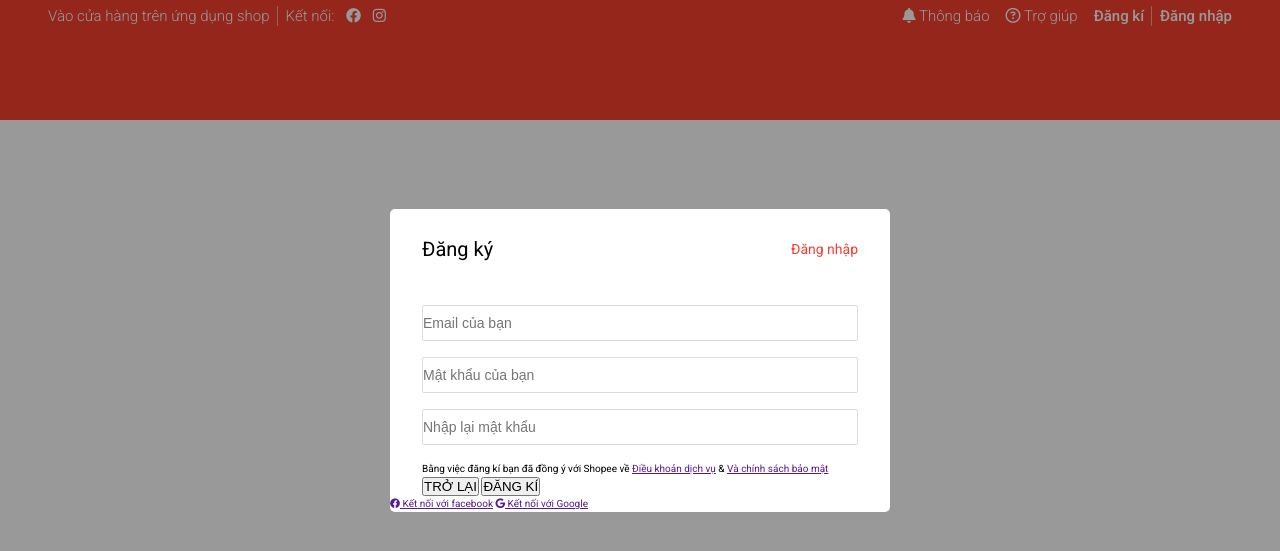
Repository: nguyenhoang2002062929/shoppee
Page: index.html
An editor plug-in stored every save of this project. The page is shown before and after the next save, followed by the edit.
The browser window is 1280 px wide. The pictures show the whole page.

Above is the page before, as saved 2023-06-20 10:29:16.

### index.html
<!DOCTYPE html>
<html lang="en">
<head>
    <meta charset="UTF-8">
    <meta name="viewport" content="width=device-width, initial-scale=1.0">
    <title>Document</title>

    <link rel="stylesheet" href="./assets/css/base.css">
    <link rel="stylesheet" href="./assets/css/main.css">
    <link href="https://fonts.googleapis.com/css2?family=Roboto:wght@100;300;400;500;700&display=swap" rel="stylesheet">
    <link rel="stylesheet" href="https://cdnjs.cloudflare.com/ajax/libs/font-awesome/6.4.0/css/all.min.css" integrity="sha512-iecdLmaskl7CVkqkXNQ/ZH/XLlvWZOJyj7Yy7tcenmpD1ypASozpmT/E0iPtmFIB46ZmdtAc9eNBvH0H/ZpiBw==" crossorigin="anonymous" referrerpolicy="no-referrer" />

</head>
<body>
    <div class="app">
        <!-- header -->
        <div class="header">
            <div class="gird">

                <nav class="header__nav">
                    <ul class="header__nav-list">
                        <li class="header__nav-item header__nav-item--separate header__nav-item--hover-qr ">Vào cửa hàng trên ứng dụng shop
                            <!-- header qr code -->
                            <div class="header__qr-code">
                                <img src="./assets/img/qr_code.png" alt="" class="header__qr-code-img">
                                <div class="header__qr-code-app">
                                    <img src="./assets/img/googplay.png" alt="" class="header__app">
                                    <img src="./assets/img/appStore.png" alt="" class="header__app">
                                </div>
                            </div>
                        </li>
                        <li class="header__nav-item">
                            <span>Kết nối:</span>
                            <a href="" class="header_nav-item-icon"> <i class="fab fa-facebook"></i></a>
                            <a href="" class="header_nav-item-icon"> <i class="fab fa-instagram"></i></a>
                        </li>
                    </ul>

                    <ul class="header__nav-list">
                        <li class="header__nav-item header__nav-item--notify "><a class="header__nav-item-link" href=""><i class="fas fa-bell"></i> Thông báo</a>
                           <!-- notify -->
                           <div class="header__notify">
                                <div class="header__notify-header">
                                    <h3 class="notify__title">Thông Báo Mới Nhận</h3>
                                </div>
                                <ul class="notify__list">
                                    <li class="notify__list-item notify__list-item--view">
                                        <img src="https://cf.shopee.vn/file/d52c8e2d6975e3175edda97f317e21cb_tn" alt="" class="notify__list-item-img">
                                        <div class="notify__list-item-text">
                                            <p class="notify__list-item-text-big">Nhanh tay săn ngay mỹ phẩm F8 vào ngày 8/3 để nhận nhiều ưu đãi</p>
                                            <p class="notify__list-item-text-small">Thương hiệu mỹ phẩm đến từ F8, sáng mịn da tự tin ra đường bảo đảm trai bu như kiến hiện đang giảm giá 99% chỉ còn 1k</p>
                                        </div>
                                    </li>
                                    <li class="notify__list-item">
                                        <img src="https://cf.shopee.vn/file/d52c8e2d6975e3175edda97f317e21cb_tn" alt="" class="notify__list-item-img">
                                        <div class="notify__list-item-text">
                                            <p class="notify__list-item-text-big">Nhanh tay săn ngay mỹ phẩm F8 vào ngày 8/3 để nhận nhiều ưu đãi</p>
                                            <p class="notify__list-item-text-small">Thương hiệu mỹ phẩm đến từ F8, sáng mịn da tự tin ra đường bảo đảm trai bu như kiến hiện đang giảm giá 99% chỉ còn 1k</p>
                                        </div>
                                    </li>
                                    <li class="notify__list-item">
                                        <img src="https://cf.shopee.vn/file/d52c8e2d6975e3175edda97f317e21cb_tn" alt="" class="notify__list-item-img">
                                        <div class="notify__list-item-text">
                                            <p class="notify__list-item-text-big">Nhanh tay săn ngay mỹ phẩm F8 vào ngày 8/3 để nhận nhiều ưu đãi</p>
                                            <p class="notify__list-item-text-small">Thương hiệu mỹ phẩm đến từ F8, sáng mịn da tự tin ra đường bảo đảm trai bu như kiến hiện đang giảm giá 99% chỉ còn 1k</p>
                                        </div>
                                    </li>
                                    <li class="notify__list-item notify__list-item--view">
                                        <img src="https://cf.shopee.vn/file/d52c8e2d6975e3175edda97f317e21cb_tn" alt="" class="notify__list-item-img">
                                        <div class="notify__list-item-text">
                                            <p class="notify__list-item-text-big">Nhanh tay săn ngay mỹ phẩm F8 vào ngày 8/3 để nhận nhiều ưu đãi</p>
                                            <p class="notify__list-item-text-small">Thương hiệu mỹ phẩm đến từ F8, sáng mịn da tự tin ra đường bảo đảm trai bu như kiến hiện đang giảm giá 99% chỉ còn 1k</p>
                                        </div>
                                    </li>
                                </ul>
                                <div class="header__notify-footer">Xem tất cả</div>
                            </div>
                        </li>
                        <li class="header__nav-item"><a class="header__nav-item-link" href=""><i class="far fa-question-circle"></i> Trợ giúp</a></li>
                        <li class="header__nav-item header__nav-item--strong header__nav-item--separate">Đăng kí</li>
                        <li class="header__nav-item header__nav-item--strong">Đăng nhập</li>
                    </ul>
                </nav>
            </div>
        </div>

        <!-- container -->
        <div class="container">

        </div>

        <!-- footer -->
        <div class="footer">

        </div>
    </div>

    <!-- modal layout -->
    <div class="modal">
        <div class="modal__overlay"></div>
        <div class="modal__body">
                <!-- Authen form -->
            <div class="auth-form">
                <div class="auth-form__container">
                    <div class="auth-form__header">
                        <h3 class="auth-form__heading">Đăng ký</h3>
                        <span class="auth-form__switch-btn">Đăng nhập</span>
                    </div>
                    <div class="auth-form__form">
                        <div class="auth-form__group">
                            <input type="text" class="auth-form__input" placeholder="Email của bạn">
                        </div>
                        <div class="auth-form__group">
                            <input type="password" class="auth-form__input" placeholder="Mật khẩu của bạn">
                        </div>
                        <div class="auth-form__group">
                            <input type="password" class="auth-form__input" placeholder="Nhập lại mật khẩu">
                        </div>
                    </div>

                    <div class="auth-form__aside">
                        <p class="auth-form__policy-text">Bằng việc đăng kí bạn đã đồng ý với Shopee về
                            <a href="" class="auth-form__policy-link">Điều khoản dịch vụ</a> & <a href="" class="auth-form__policy-link">Và chính sách bảo mật</a>
                        </p>
                    </div>
                <div class="auth-form__controls">
                        <button class="btn">TRỞ LẠI</button>
                        <button class="btn btn--primary">ĐĂNG KÍ</button>
                </div>
                </div>
            <div class="auth-form__social">
                <a href="" class="btn btn--with-icon"><i class="fa-brands fa-facebook"></i> Kết nối với facebook</a>
                <a href="" class="btn btn--with-icon"><i class="fa-brands fa-google"></i> Kết nối với Google</a>
            </div>
            </div>

        </div>
    </div>
</body>
</html>

### assets/css/base.css
:root{
    --white-color: #fff;
    --black-color: #000;
    --text-color: #333;
    --color-main: #f63f2e;
    --boder-color: #dbdbdb
}
*{
    box-sizing: inherit;
    margin: 0;
    padding: 0;
}
html{
    font-size: 62.5%;
    line-height: 1.6rem;
    font-family: 'Roboto', sans-serif;
    box-sizing: border-box;
}
.gird{
    width: 1200px;
    max-width: 1200px;
    margin: 0 auto;
}
.gird__full-width{
    width: 100%;
}
.gird__row{
    display: flex;
    flex-wrap: wrap;
}

### assets/css/main.css

.header{
    width: 100%;
    height: 120px;
    background-color: #f63f2e;
}
.header__nav{
    display: flex;
    justify-content: space-between;

}
.header__nav-list{
    display: flex;
}
.header__nav-item{
    position: relative;
    display: block;
    font-size: 15px;
    color:  var(--white-color);
    text-decoration: none;
    list-style-type: none;
    font-weight: 300;
    margin: 0px 8px;
    cursor: pointer;
    padding: 8px 0;
}
.header_nav-item-icon{
    text-decoration: none;
    color: var(--white-color);
    margin-left: 8px;
}
.header__nav-item-link{
    text-decoration: none;
    color: var(--white-color);
}
.header__nav-item--strong{
    font-weight: 500;
}
.header__nav-item--separate::after{
    content: "";
    height: 20px;
    color: #fff;
    opacity: 0.5;
    border-left: 1px solid #fff;
    position: absolute;
    top: 50%;
    right: -8px;
    transform: translateY(-50%);
}
.header_nav-item-icon:hover,
.header__nav-item:hover,
.header__nav-item-link:hover{
    color: rgba(255, 255, 255, 0.7);
}
.header__nav-item span{
    cursor: default;
    color: var(--white-color);
}
/* <!-- header qr code --> */
.header__qr-code{
    position: absolute;
    width: 186px;
    background-color: var(--white-color);
    left: 0;
    padding: 8px;
    display: none;
    margin-top: 8px;
    animation: inFace ease 0.4s;
}
.header__qr-code-img{
    width: 100%;
}
.header__qr-code-app{
    display: flex;
    justify-content: space-evenly;
}
.header__app{
    height: 16px;
}
.header__nav-item--hover-qr:hover .header__qr-code{
    display: block;
}
@keyframes inFace{
    from{
        opacity: 0;
    }
    to{
        opacity: 1;
    }
}
/* notify */
.header__notify{
    position: absolute;
    width: 404px;
    background-color: #fff;
    right: 0;
    top: 100%;
    border: 1px solid #ddd;
    border-radius: 2px;
    display: none;
    transform-origin: 90% top;
    animation: headerNotify ease-in 0.2s;
    will-change: opacity , transform;
}
@keyframes headerNotify{
    from{
        opacity: 0;
        transform: scale(0);
    }
    to{
        opacity: 1;
        transform: scale(1);
    }
}
.header__notify::before{
    position: absolute;
    content: "";
    border-width: 20px 35px;
    border-style: solid;
    border-color: transparent transparent #fff transparent;
    top: -28px;
    right: 12px;
}
.header__notify-header{
    display: block;
}
.notify__title{
    color:#333;
    font-weight: 300;
    font-size: 1.5rem;
    padding: 8px;
}
.notify__list{
}
.notify__list-item{
    position: relative;
    display: flex;
    color: #000;
    padding-bottom: 8px;
    padding-top: 8px;
}
.notify__list-item-img{
    top: 0;
    width: 48px;
    align-self: flex-start;
    padding: 2px 8px;
    display: inline;
}
.notify__list-item-text-big{
    font-size: 16px;
    font-weight: 400;
    text-overflow: 2px;
    line-height: 1.5;
}
.notify__list-item-text-small{
    font-size: 12px;
    font-weight: 300;
    color: #333;
    margin-top: 4px;
    line-height: 1.4;
}

.header__notify-footer{
    color: #333;
    text-align: center;
    padding: 8px 0;
    display: block;
}
.notify__list-item--view{
    background-color: rgba(239, 187, 176, 0.2)
}
.header__nav-item--notify:hover .header__notify {
    display: block;
}
.notify__list-item--view:hover{
    background-color: #ddd;
}
/* modal-overlay */
.modal{
    position: absolute;
    top: 0;
    bottom: 0;
    right: 0;
    left: 0;
    display: flex;
}
.modal__overlay{
    position: absolute;
    width: 100%;
    height: 100%;
    background-color:rgba(0, 0, 0, 0.4);
}
.modal__body{
    background-color: #fff;
    z-index: 1;
    margin: auto;
    border-radius: 5px;
}
/* authen form */
.auth-form{
    width: 500px;
}
.auth-form__container{
    padding: 0 32px;
}
.auth-form__header{
    display: flex;
    justify-content: space-between;
    padding: 32px 0;
}
.auth-form__heading{
    font-size: 2rem;
    font-weight: 400;
    color: var(--test-color);
}
.auth-form__switch-btn{
    font-size: 1.4rem;
    color: var(--color-main);
    font-weight: 400;
}
.auth-form__form{
    margin-top: 16px;
}
.auth-form__input{
    width: 100%;
    height: 36px;
    margin-bottom: 16px;
    border: 1px solid var(--boder-color);
    border-radius: 2px;
    font-size: 1.4rem;
}

After the next save:
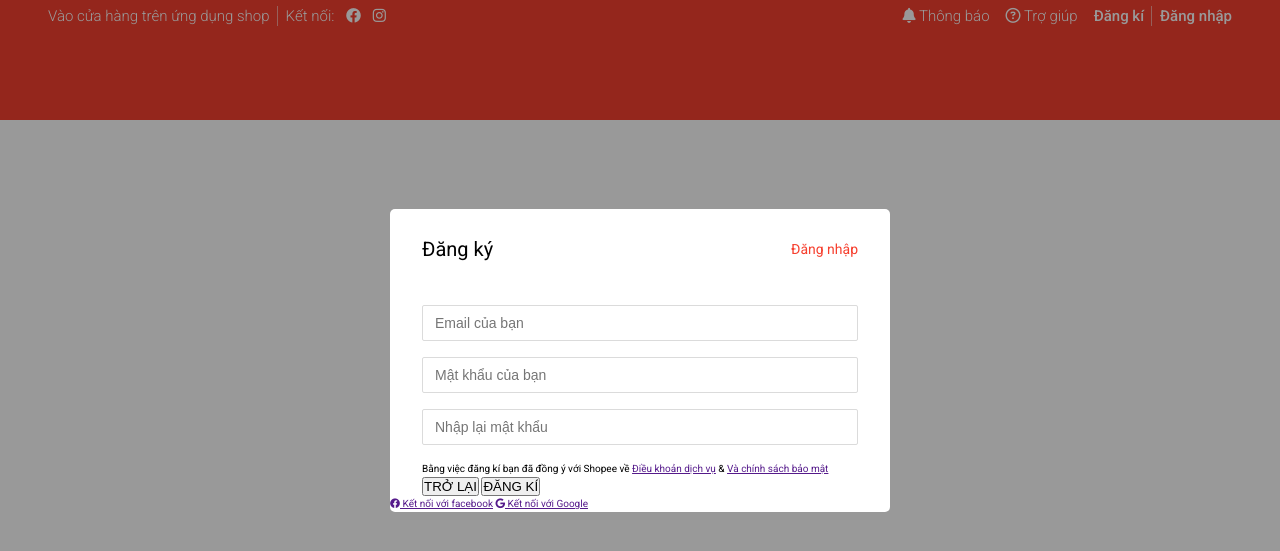
Saved 13 s later.
--- a/assets/css/main.css
+++ b/assets/css/main.css
@@ -228,4 +228,5 @@
     border: 1px solid var(--boder-color);
     border-radius: 2px;
     font-size: 1.4rem;
-}
+    padding: 0 12px;
+}
